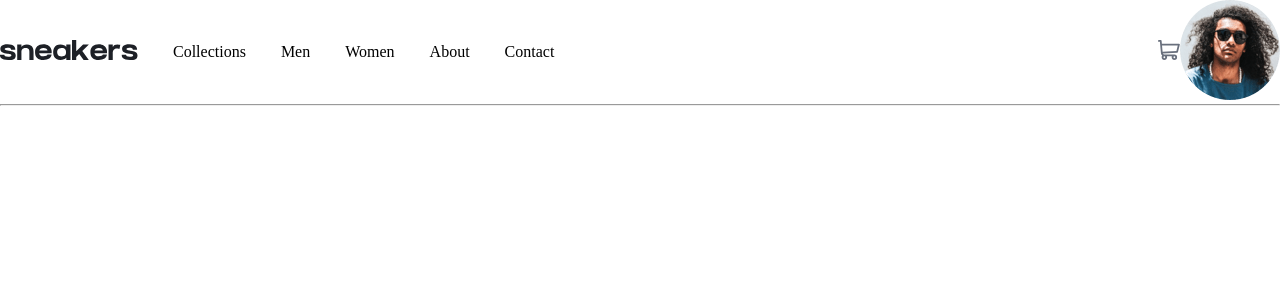
Repository: DevLaukey/ecommerce-design
Page: index.html
These files come from the project's save history. The page is drawn as it stood at one moment and after the next save; the edit follows.
The browser window is 1280 px wide. The pictures show the whole page.

Above is the page before, as saved 2022-05-15 16:49:55.

### index.html
<!DOCTYPE html>
<html lang="en">
  <head>
    <meta charset="UTF-8" />
    <meta http-equiv="X-UA-Compatible" content="IE=edge" />
    <meta name="viewport" content="width=device-width, initial-scale=1.0" />
    <title>Document</title>
    <link rel="stylesheet" href="./css/style.css" type="text/css" />
  </head>
  <body>
    <div class="nav">
      <div class="logo">
        <svg width="138" height="20" xmlns="http://www.w3.org/2000/svg">
          <path
            d="M8.217 20c4.761 0 7.519-.753 7.519-4.606 0-3.4-3.38-4.172-6.66-4.682l-.56-.085-.279-.041-.35-.053c-2.7-.405-3.18-.788-3.18-1.471 0-.478.49-1.331 2.843-1.331 2.455 0 3.493.647 3.493 1.87v.134h4.281v-.133c0-2.389-1.35-5.238-7.774-5.238-5.952 0-7.201 2.584-7.201 4.752 0 3.097 2.763 4.086 7.223 4.675.21.028.433.054.659.081 1.669.197 3.172.42 3.172 1.585 0 1.01-1.615 1.222-3.298 1.222-2.797 0-3.784-.593-3.784-1.92v-.134H.002L0 14.926v.317c.008.79.118 1.913 1.057 2.862C2.303 19.362 4.712 20 8.217 20Zm13.21 0v-7.49c0-2.104.547-4.423 4.176-4.423 3.915 0 3.778 2.777 3.768 4.042V20h4.18v-7.768c0-2.264-.176-7.766-6.732-7.766-2.778 0-4.192.911-5.195 2.28h-.197V4.467H17.22V20h4.207Zm21.959 0c5.094 0 7.787-2.07 8.217-5.405H47.53c-.386 1.02-1.63 1.72-4.143 1.72-2.721 0-3.962-1.03-4.25-3.106h12.527c.24-2.13-.029-5.417-3.026-7.44v.005c-1.312-.915-3.056-1.465-5.251-1.465-5.24 0-8.336 2.772-8.336 7.845 0 5.17 3.02 7.846 8.336 7.846Zm4.099-9.574h-8.188c.486-1.574 1.764-2.431 4.089-2.431 2.994 0 3.755 1.267 4.099 2.431ZM70.499 20V4.457H66.29V6.74h-.176c-1.053-1.377-2.809-2.283-5.677-2.283-6.433 0-7.225 5.293-7.253 7.635v.137c0 2.092.732 7.771 7.241 7.771 2.914 0 4.684-.818 5.734-2.169h.131V20H70.5Zm-8.854-3.623c-3.996 0-4.447-3.032-4.447-4.148 0-1.21.426-4.148 4.455-4.148 3.631 0 4.374 2.044 4.374 4.148 0 2.35-.742 4.148-4.382 4.148ZM88.826 20l-6.529-9.045 6.588-6.488h-5.827l-6.836 6.756V0h-4.187v19.954h4.187V16.94l3.02-2.976L83.6 20h5.226Zm9.9 0c5.094 0 7.786-2.07 8.217-5.405h-4.074c-.387 1.02-1.63 1.72-4.143 1.72-2.721 0-3.962-1.03-4.25-3.106h12.527c.24-2.13-.029-5.417-3.026-7.44v.005c-1.312-.915-3.057-1.465-5.251-1.465-5.24 0-8.336 2.772-8.336 7.845 0 5.17 3.02 7.846 8.336 7.846Zm4.098-9.574h-8.187c.485-1.574 1.763-2.431 4.089-2.431 2.994 0 3.755 1.267 4.098 2.431ZM112.76 20v-6.97c0-2.103.931-4.542 4.05-4.542 1.33 0 2.393.236 2.785.346l.67-3.976c-.728-.16-1.626-.392-2.757-.392-2.665 0-3.622.794-4.486 2.282h-.262V4.466h-4.21V20h4.21Zm17.221 0c4.761 0 7.519-.753 7.519-4.606 0-3.4-3.38-4.172-6.66-4.682l-.56-.085-.279-.041-.349-.053c-2.701-.405-3.181-.788-3.181-1.471 0-.478.49-1.331 2.843-1.331 2.455 0 3.493.647 3.493 1.87v.134h4.282v-.133c0-2.389-1.35-5.238-7.775-5.238-5.952 0-7.201 2.584-7.201 4.752 0 3.097 2.763 4.086 7.224 4.675.21.028.432.054.658.081 1.669.197 3.172.42 3.172 1.585 0 1.01-1.615 1.222-3.298 1.222-2.796 0-3.784-.593-3.784-1.92v-.134h-4.319l-.001.301v.317c.008.79.117 1.913 1.056 2.862 1.246 1.257 3.655 1.895 7.16 1.895Z"
            fill="#1D2026"
            fill-rule="nonzero"
          />
        </svg>
      </div>
      <nav>
        <div class="nav-menu">
          <p class="options">Collections</p>
          <p class="options">Men</p>
          <p class="options">Women</p>
          <p class="options">About</p>
          <p class="options">Contact</p>
        </div>
        <div class="nav-icons">
          <div class="icon">
            <svg width="22" height="20" xmlns="http://www.w3.org/2000/svg">
              <path
                d="M20.925 3.641H3.863L3.61.816A.896.896 0 0 0 2.717 0H.897a.896.896 0 1 0 0 1.792h1l1.031 11.483c.073.828.52 1.726 1.291 2.336C2.83 17.385 4.099 20 6.359 20c1.875 0 3.197-1.87 2.554-3.642h4.905c-.642 1.77.677 3.642 2.555 3.642a2.72 2.72 0 0 0 2.717-2.717 2.72 2.72 0 0 0-2.717-2.717H6.365c-.681 0-1.274-.41-1.53-1.009l14.321-.842a.896.896 0 0 0 .817-.677l1.821-7.283a.897.897 0 0 0-.87-1.114ZM6.358 18.208a.926.926 0 0 1 0-1.85.926.926 0 0 1 0 1.85Zm10.015 0a.926.926 0 0 1 0-1.85.926.926 0 0 1 0 1.85Zm2.021-7.243-13.8.81-.57-6.341h15.753l-1.383 5.53Z"
                fill="#69707D"
                fill-rule="nonzero"
              />
            </svg>
          </div>
          <div class="avatar">
            <img src="./assets/image-avatar.png" alt="" />
          </div>
        </div>
      </nav>
    </div>
    <hr />
  </body>
</html>

### css/style.css
* {
  margin: 0;
  padding: 0;
  box-sizing: border-box;
}
.nav {
  display: flex;
  /* width: 100%; */
  align-items: center;
  /* margin:auto; */
}
nav{
    width: 100%;
    display: flex;
    align-items: center;
    justify-content:space-between;
}
.nav-menu {
  display: flex;
  margin-left: 35px;
  flex-direction: row;
}
.options{
    margin-right: 35px;
}
.nav-icons{
    display: flex;
    align-items: center;
}

After the next save:
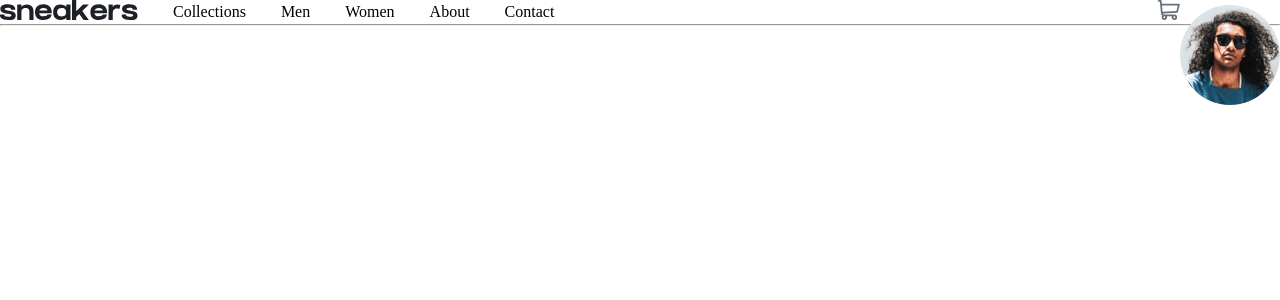
Saved 57 s later.
--- a/css/style.css
+++ b/css/style.css
@@ -27,3 +27,6 @@
     display: flex;
     align-items: center;
 }
+.avatar{
+    height: 15px;
+}
